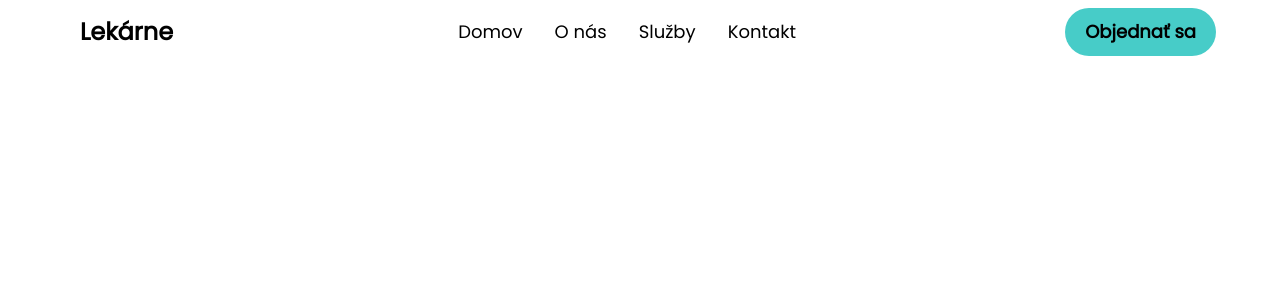
Repository: SimonSkoda13/Lekaren
Page: /version1
These files come from the project's save history. The page is drawn as it stood at one moment and after the next save; the edit follows.
The browser window is 1280 px wide. The pictures show the whole page.
The project was rebuilt for these pictures with package versions that can differ from the ones it lists, and the page was loaded fresh each time. The framework's server and built-in components were replaced by stand-ins that run in the browser. Also part of the build but not shown: next.config.js.

Above is the page before, as saved 2023-04-22 18:01:07.

### src/app/layout.tsx
import { Header } from "./components/Header/Header";
import "./globals.css";
import { Poppins } from "next/font/google";

export const metadata = {
  title: "Create Next App",
  description: "Generated by create next app",
};

export default function RootLayout({
  children,
}: {
  children: React.ReactNode;
}) {
  return (
    <html lang="en">
      <body className="bg-white min-h-[100vh]">
        <Header />
        <main>{children}</main>
        <footer></footer>
      </body>
    </html>
  );
}

### src/app/version1/layout.tsx
import "../globals.css";
import { Poppins } from "next/font/google";
import { Header } from "@/app/components/Header/Header";

const poppins = Poppins({ subsets: ["latin"], weight: "400" });

export const metadata = {
  title: "Lekaren Europa",
  description: "Vasa Lekaren Europa",
};

export default function RootLayout({
  children,
}: {
  children: React.ReactNode;
}) {
  return (
    <html lang="en">
      <head>
        <meta charSet="utf-8" />
        <meta name="viewport" content="width=device-width" />
        <meta name="description" content={metadata.description} />
        <title>{metadata.title}</title>
        <link rel="icon" href="/logo.svg" />
      </head>

      <body className={poppins.className}>
        <Header />
        {children}
      </body>
    </html>
  );
}

### src/app/version1/page.tsx
import Image from "next/image";
import { Inter } from "next/font/google";
import Banner from "@/app/components/Banner/Banner";

const inter = Inter({ subsets: ["latin"] });

const data = {
  banner: {
    image: "/banner.jpg",
    title: "Tvoja nová lekáreň v srdci Banskej Bystrice.",
    description: (
      <>
        Sme tu, aby sme poskytovali širokú škálu produktov,{" "}
        <span className="font-bold">nie len liekov</span>, pre plnohodné zdravie
        teba a tvojej rodiny. Ak teda potrebuješ s čímkoľkvek čo sa zdravia týka
        poradiť, sme ti plne k dispozicií. Tak neváhaj a príď, radi pomôžeme.
      </>
    ),
    button: "Navštív nás!",
    address: (
      <>
        Banská Bystrica
        <br />
        <span className="text-primary.600">EuropaSC </span>na prízemí
      </>
    ),
    openingHours: (
      <>
        Pon-Pia: <br />
        <span className="text-primary.600">8:00 - 18:00</span>
      </>
    ),
    badge: "Teší nás",
  },
};

export default function Home() {
  return (
    <div>
      <Banner {...data.banner} />
    </div>
  );
}

### src/app/components/Header/Header.tsx
import Link from "next/link";
import React from "react";

export interface HeaderProps {}

export const Header = (props: HeaderProps) => {
  const {} = props;
  return (
    <header className="cntn fixed w-full top-2 z-10">
      <div className="flex bg-white rounded-full">
        <h1 className="py-2 px-4 text-2xl font-bold">Lekárne</h1>
        <div className="py-2 px-4 flex gap-8 items-center mx-auto text-lg font-medium">
          <Link href="/">Domov</Link>
          <Link href="/onas">O nás</Link>
          <Link href="/sluzby">Služby</Link>
          <Link href="/kontakt">Kontakt</Link>
        </div>
        {/* button order self */}
        <div className="flex justify-center items-center px-5 p-0 bg-primary rounded-full text-lg font-bold">
          <Link href="/order">Objednať sa</Link>
        </div>
      </div>
    </header>
  );
};

### src/app/globals.css
@tailwind base;
@tailwind components;
@tailwind utilities;

@layer components {
  .cntn {
    @apply mx-auto px-4  max-w-screen-xl md:px-16;
  }
}

### src/app/components/Banner/Banner.tsx
import React from 'react';
import Image from "next/image";
import Button from "@/app/components/Button";

interface BannerProps {
    image: string;
    title: string;
    description: any;
    button: string;
    address: any;
    openingHours: any;
    badge: string;
}

function Banner(props: BannerProps) {
    const {image, title, description, button, address, openingHours, badge} = props;
    return (
        <div className="grid grid-cols-1 md:grid-cols-2 cntn md:my-16 my-7 md:gap-11 gap-6">
            <div className="flex flex-col col-span-1">
                <div className="text-white text-xs bg-primary.500 rounded-full self-start px-2 my-3 md:my-4">
                    {badge}
                </div>
                <div className="text-2xl md:text-3xl font-bold leading-[3.4rem]">
                    {title}
                </div>
                <div className="text-sm my-3 md:my-4 md:mb-9 text-gray-500">
                    {description}
                </div>
                <Button text={button} color="primary.500"/>

            </div>
            <div>
                <div className="bg-repeat dots w-[6rem] h-[3.2rem] relative z-0 ml-auto right-[-1.7rem] top-6"/>
                <div className="flex flex-col col-span-1 relative h-[90vw] md:h-[35vw] z-10">
                    <Image src={image} alt={"image banner"} fill objectFit='cover' className="rounded-xl"/>
                </div>
                <div className="relative z-20 flex flex-row gap-5 top-[-2.8rem]">
                    <div className="relative z-20 bg-white rounded-xl p-4 flex flex-col gap-2 ml-auto">
                        <h1 className="text-xs font-extrabold">Adresa</h1>
                        <span className="text-2xs">{address}</span>
                    </div>
                    <div className="relative z-20 bg-white rounded-xl p-4 flex flex-col gap-2 mr-3">
                        <h1 className="text-xs font-extrabold">Otváracie hodiny</h1>
                        <span className="text-2xs">{openingHours}</span>
                    </div>
                </div>
            </div>
        </div>

    );
}

export default Banner;

### src/app/components/Button.tsx
import React from 'react';

interface ButtonProps{
    text: string;
    color: string;
}
function Button(props:ButtonProps) {
    const {text, color} = props;
    return (
        <div className={`bg-${color} text-white text-sm self-start px-6 py-3 rounded-md`}>{text}</div>
    );
}

export default Button;

### tailwind.config.js
/** @type {import('tailwindcss').Config} */
module.exports = {
  content: [
    "./src/pages/**/*.{js,ts,jsx,tsx,mdx}",
    "./src/components/**/*.{js,ts,jsx,tsx,mdx}",
    "./src/app/**/*.{js,ts,jsx,tsx,mdx}",
  ],
  theme: {
    extend: {
      colors: {
        primary: "#47CCC8",
        secondary: "#2D3663",
      },
    },
  },
  plugins: [],
};

After the next save:
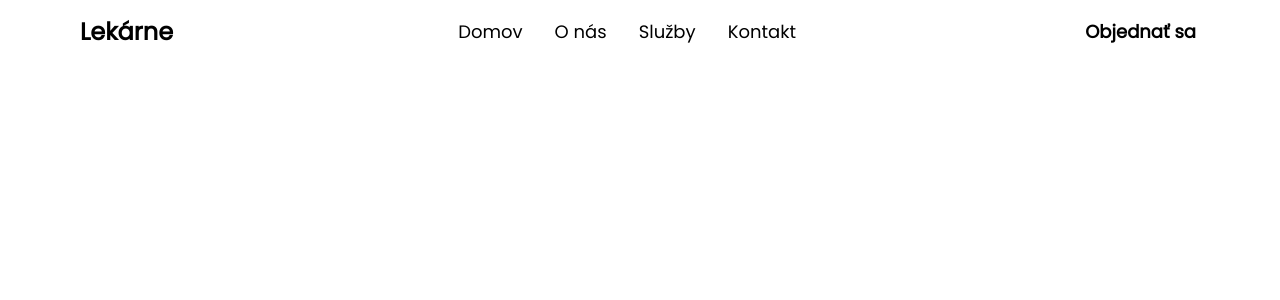
Saved 2 min 5 s later.
--- a/tailwind.config.js
+++ b/tailwind.config.js
@@ -8,7 +8,8 @@
   theme: {
     extend: {
       colors: {
-        primary: "#47CCC8",
+        "primary-full": "#47CCC8",
+        "primary-light": "#A7E9E5",
         secondary: "#2D3663",
       },
     },

After the save that followed:
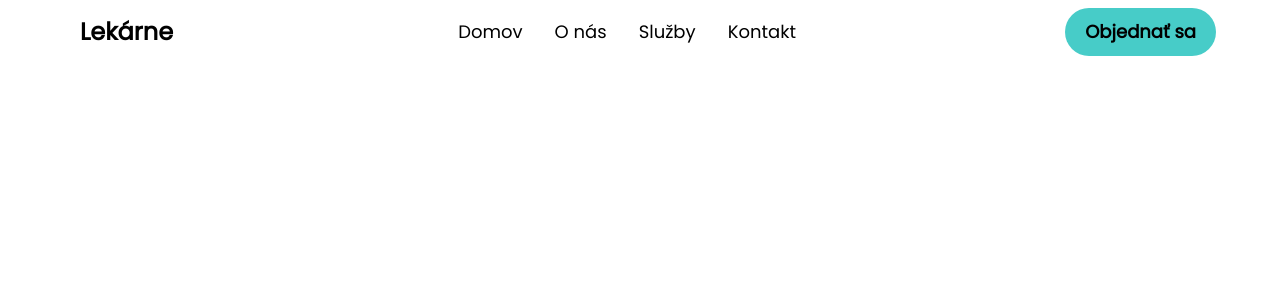
Saved 18 s later.
--- a/tailwind.config.js
+++ b/tailwind.config.js
@@ -8,9 +8,9 @@
   theme: {
     extend: {
       colors: {
-        "primary-full": "#47CCC8",
-        "primary-light": "#A7E9E5",
-        secondary: "#2D3663",
+        primary: "#47CCC8",
+        "secondary-full": "#2D3663",
+        "secondary-light": "#3D4A7C",
       },
     },
   },
